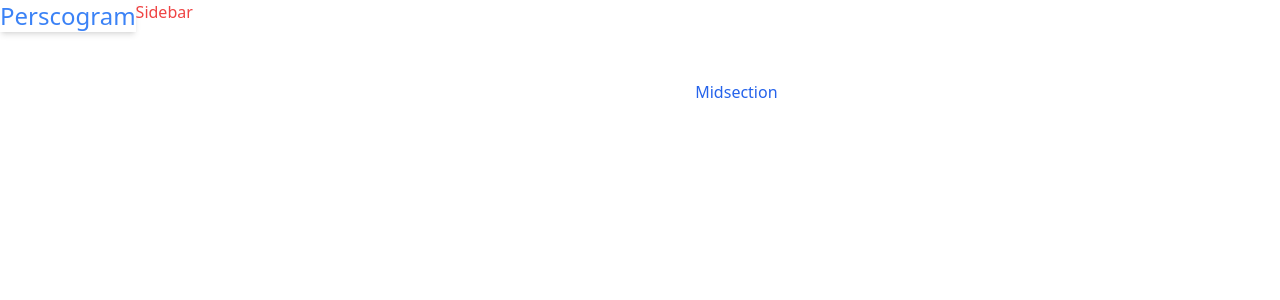
Repository: brandford7/perscogram
Page: /
The author's editor kept a copy of each file at every save. The page is drawn from the files as they stood at one save, then again after a run of saves.
The browser window is 1280 px wide. The pictures show the whole page.
The project was rebuilt for these pictures with package versions that can differ from the ones it lists, and the page was loaded fresh each time. The framework's server and built-in components were replaced by stand-ins that run in the browser. Also part of the build but not shown: next.config.js.

Above is the page before, as saved 2022-12-15 22:00:19.

After the next 2 saves:
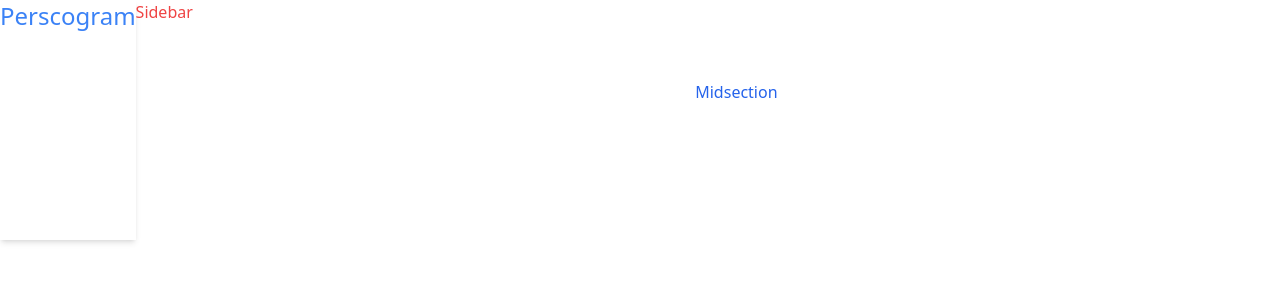
The 2 saves are shown as one change because they came seconds apart.
The last was saved 12 s later.
--- a/components/Header.jsx
+++ b/components/Header.jsx
@@ -2,7 +2,7 @@
 
 const Header = () => {
   return (
-    <div className="h-100 shadow-md">
+    <div className="h-60 shadow-md">
       <h1 className="text-blue-500 text-2xl">Perscogram</h1>
     </div>
   );

After the save that followed:
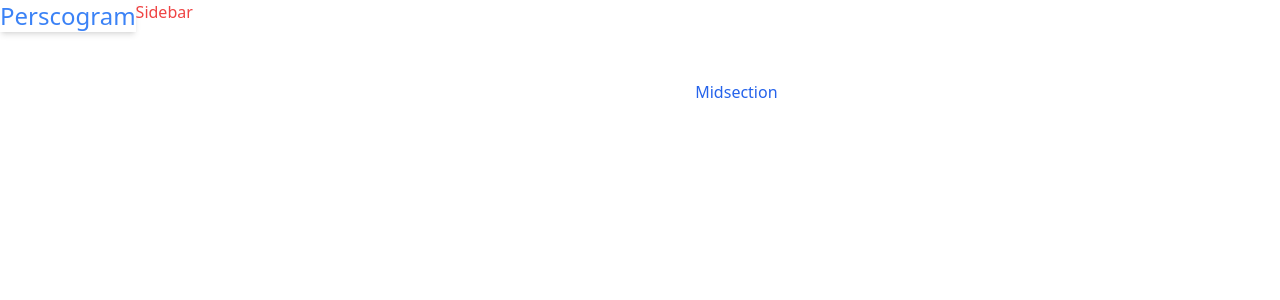
Saved 5 s later.
--- a/components/Header.jsx
+++ b/components/Header.jsx
@@ -2,7 +2,7 @@
 
 const Header = () => {
   return (
-    <div className="h-60 shadow-md">
+    <div className="h-50 shadow-md">
       <h1 className="text-blue-500 text-2xl">Perscogram</h1>
     </div>
   );
